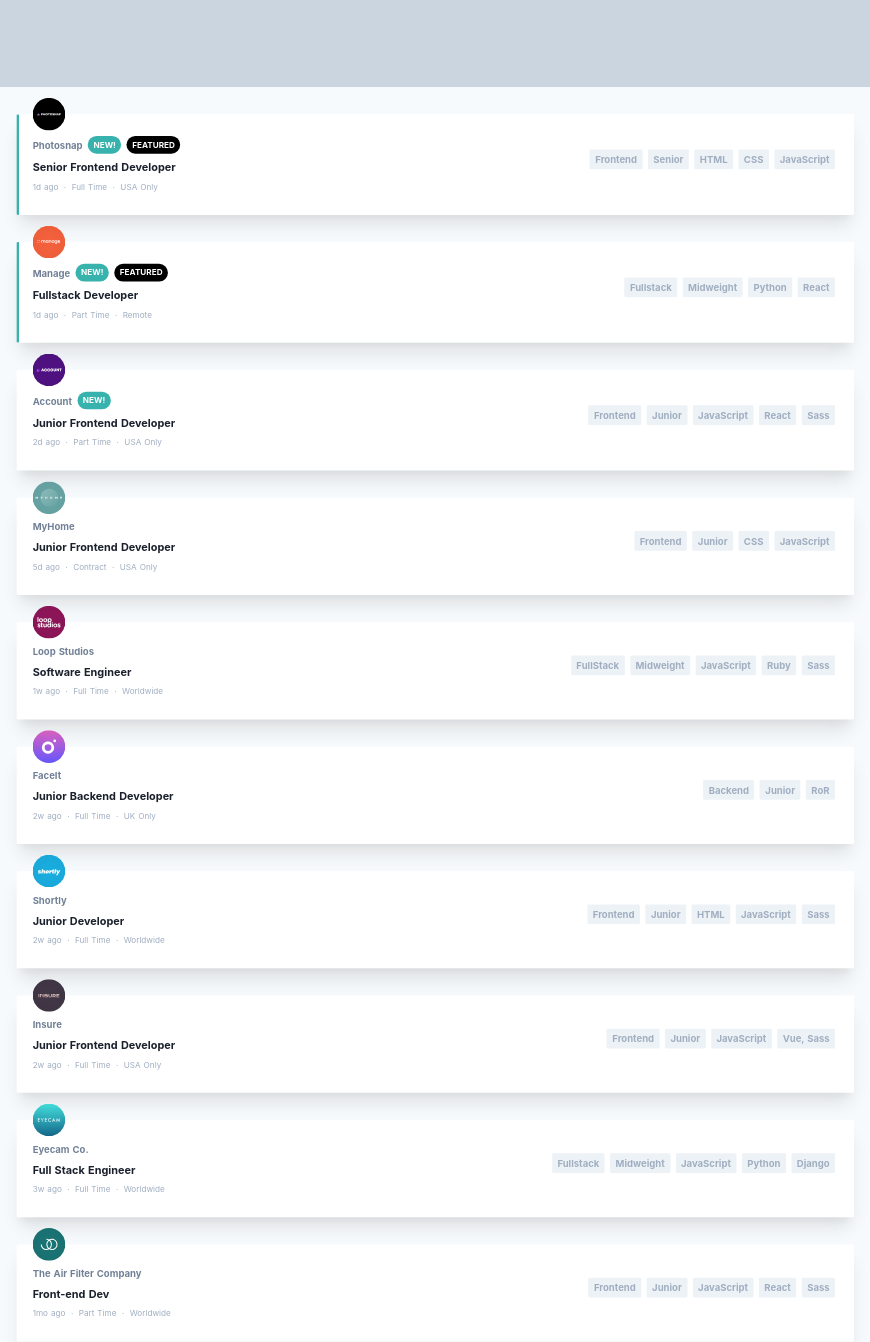
Repository: asongdon/frontendmentor-joblisting
Page: /
These files come from the project's save history. The page is drawn as it stood at one moment and after the next save; the edit follows.
The browser window is 1280 px wide. The pictures show the whole page, at 68% of full size.
The project was rebuilt for these pictures with package versions that can differ from the ones it lists, and the page was loaded fresh each time. The framework's server and built-in components were replaced by stand-ins that run in the browser. Also part of the build but not shown: nuxt.config.js.

Above is the page before, as saved 2020-04-12 22:31:15.

### layouts/default.vue
<template>
  <div class="h-screen">
    <Header/>
    <nuxt />
  </div>
</template>

<script>
import Header from '@/components/Header.vue'

export default {
  components: {
    Header
  },
}
</script>

<style>
html {
  font-family: 'Inter', -apple-system, BlinkMacSystemFont, 'Segoe UI',
    Roboto, 'Helvetica Neue', Arial, sans-serif;
  font-size: 16px;
  word-spacing: 1px;
  -ms-text-size-adjust: 100%;
  -webkit-text-size-adjust: 100%;
  -moz-osx-font-smoothing: grayscale;
  -webkit-font-smoothing: antialiased;
  box-sizing: border-box;
  @apply bg-gray-100;
}

*,
*:before,
*:after {
  box-sizing: border-box;
  margin: 0;
}

.button--green {
  display: inline-block;
  border-radius: 4px;
  border: 1px solid #3b8070;
  color: #3b8070;
  text-decoration: none;
  padding: 10px 30px;
}

.button--green:hover {
  color: #fff;
  background-color: #3b8070;
}

.button--grey {
  display: inline-block;
  border-radius: 4px;
  border: 1px solid #35495e;
  color: #35495e;
  text-decoration: none;
  padding: 10px 30px;
  margin-left: 15px;
}

.button--grey:hover {
  color: #fff;
  background-color: #35495e;
}
</style>

### pages/index.vue
<template>
  <div class="mt-10">
    <div class="container mx-auto px-6" v-for="item in data" :key="item.id">
      <Maincard
        :logo="item.logo"
        :company="item.company"
        :newStatus="item.new"
        :featured="item.featured"
        :position="item.position"
        :postedAt="item.postedAt"
        :contract="item.contract"
        :location="item.location"
        :languages="item.languages"
        :tools="item.tools"
        :level="item.level"
        :role="item.role"
      />
    </div>
  </div>
</template>

<script>
import Maincard from '@/components/Maincard'
import data from '@/static/data/data.json'

export default {
  components: {
    Maincard
  },
  data() {
    return {
      data
    }
  }
}
</script>

<style>
/* Sample `apply` at-rules with Tailwind CSS
.container {
  @apply min-h-screen flex justify-center items-center text-center mx-auto;
}
*/
</style>

### components/Header.vue
<template>
  <div class="w-full h-32 bg-gray-400"></div>
</template>

<script>
export default {}
</script>

<style></style>

### components/Maincard.vue
<template>
  <div
    class="flex flex-col lg:flex-row lg:justify-between flex-no-wrap rounded-sm px-5 bg-white shadow-xl py-4 mb-10 border-l-4 border-white"
    :class="{ 'border-l-4': featured, 'border-teal-500': featured }"
  >
    <!-- Info -->
    <div>
      <div class="-mt-10 mb-2">
        <img class="w-12" :src="'/logos/' + logo" alt="" />
      </div>

      <div class="flex items-center">
        <div class="text-sm font-bold text-gray-600">{{ company }}</div>
        <div class="flex text-xs font-bold">
          <div
            v-if="newStatus"
            class=" bg-teal-500 text-white rounded-full px-2 py-1 uppercase ml-2"
          >
            New!
          </div>
          <div
            v-if="featured"
            class="bg-black text-white rounded-full px-2 py-1 uppercase ml-2"
          >
            Featured
          </div>
        </div>
      </div>

      <div class="mt-2 font-bold text-gray-900">
        {{ position }}
      </div>

      <div
        class="flex text-xs mt-2 mb-4 text-gray-500 border-b border-gray-200 pb-4 lg:border-0 lg:mb-0"
      >
        <div class="mr-2">{{ postedAt }}</div>
        <div class="mr-2">·</div>
        <div class="mr-2">{{ contract }}</div>
        <div class="mr-2">·</div>
        <div>{{ location }}</div>
      </div>
    </div>
    <!-- End Info -->

    <!-- Tags -->
    <div class="flex flex-wrap justify-start lg:justify-end lg:items-center">
      <div
        class="px-2 py-1 bg-gray-200 text-gray-500 rounded-sm font-bold mr-2 mb-4 text-sm"
      >
        {{ role }}
      </div>
      <div
        class="px-2 py-1 bg-gray-200 text-gray-500 rounded-sm font-bold mr-2 mb-4 text-sm"
      >
        {{ level }}
      </div>
      <div
        v-for="tag in languages"
        :key="tag.id"
        class="px-2 py-1 bg-gray-200 text-gray-500 rounded-sm font-bold mr-2 mb-4 text-sm"
      >
        {{ tag }}
      </div>
      <div
        v-for="tool in tools"
        :key="tool.id"
        class="px-2 py-1 bg-gray-200 text-gray-500 rounded-sm font-bold mr-2 mb-4 text-sm"
      >
        {{ tool }}
      </div>
    </div>
    <!-- End Tags -->

  </div>
</template>

<script>
export default {
  props: {
    logo: String,
    company: String,
    newStatus: Boolean,
    featured: Boolean,
    position: String,
    postedAt: String,
    contract: String,
    location: String,
    languages: Array,
    tools: Array,
    level: String,
    role: String
  }
}
</script>

<style></style>

### static/data/data.json
[
  {
    "id": 1,
    "company": "Photosnap",
    "logo": "photosnap.svg",
    "new": true,
    "featured": true,
    "position": "Senior Frontend Developer",
    "role": "Frontend",
    "level": "Senior",
    "postedAt": "1d ago",
    "contract": "Full Time",
    "location": "USA Only",
    "languages": ["HTML", "CSS", "JavaScript"]
  },
  {
    "id": 2,
    "company": "Manage",
    "logo": "manage.svg",
    "new": true,
    "featured": true,
    "position": "Fullstack Developer",
    "role": "Fullstack",
    "level": "Midweight",
    "postedAt": "1d ago",
    "contract": "Part Time",
    "location": "Remote",
    "languages": ["Python"],
    "tools": ["React"]
  },
  {
    "id": 3,
    "company": "Account",
    "logo": "account.svg",
    "new": true,
    "featured": false,
    "position": "Junior Frontend Developer",
    "role": "Frontend",
    "level": "Junior",
    "postedAt": "2d ago",
    "contract": "Part Time",
    "location": "USA Only",
    "languages": ["JavaScript"],
    "tools": ["React", "Sass"]
  },
  {
    "id": 4,
    "company": "MyHome",
    "logo": "myhome.svg",
    "new": false,
    "featured": false,
    "position": "Junior Frontend Developer",
    "role": "Frontend",
    "level": "Junior",
    "postedAt": "5d ago",
    "contract": "Contract",
    "location": "USA Only",
    "languages": ["CSS", "JavaScript"]
  },
  {
    "id": 5,
    "company": "Loop Studios",
    "logo": "loop-studios.svg",
    "new": false,
    "featured": false,
    "position": "Software Engineer",
    "role": "FullStack",
    "level": "Midweight",
    "postedAt": "1w ago",
    "contract": "Full Time",
    "location": "Worldwide",
    "languages": ["JavaScript"],
    "tools": ["Ruby", "Sass"]
  },
  {
    "id": 6,
    "company": "FaceIt",
    "logo": "faceit.svg",
    "new": false,
    "featured": false,
    "position": "Junior Backend Developer",
    "role": "Backend",
    "level": "Junior",
    "postedAt": "2w ago",
    "contract": "Full Time",
    "location": "UK Only",
    "tools": ["RoR"]
  },
  {
    "id": 7,
    "company": "Shortly",
    "logo": "shortly.svg",
    "new": false,
    "featured": false,
    "position": "Junior Developer",
    "role": "Frontend",
    "level": "Junior",
    "postedAt": "2w ago",
    "contract": "Full Time",
    "location": "Worldwide",
    "languages": ["HTML", "JavaScript"],
    "tools": ["Sass"]
  },
  {
    "id": 8,
    "company": "Insure",
    "logo": "insure.svg",
    "new": false,
    "featured": false,
    "position": "Junior Frontend Developer",
    "role": "Frontend",
    "level": "Junior",
    "postedAt": "2w ago",
    "contract": "Full Time",
    "location": "USA Only",
    "languages": ["JavaScript"],
    "tools": ["Vue, Sass"]
  },
  {
    "id": 9,
    "company": "Eyecam Co.",
    "logo": "eyecam-co.svg",
    "new": false,
    "featured": false,
    "position": "Full Stack Engineer",
    "role": "Fullstack",
    "level": "Midweight",
    "postedAt": "3w ago",
    "contract": "Full Time",
    "location": "Worldwide",
    "languages": ["JavaScript", "Python"],
    "tools": ["Django"]
  },
  {
    "id": 10,
    "company": "The Air Filter Company",
    "logo": "the-air-filter-company.svg",
    "new": false,
    "featured": false,
    "position": "Front-end Dev",
    "role": "Frontend",
    "level": "Junior",
    "postedAt": "1mo ago",
    "contract": "Part Time",
    "location": "Worldwide",
    "languages": ["JavaScript"],
    "tools": ["React", "Sass"]
  }
]

Loaded but not shown: assets/css/tailwind.css (common file); tailwind.config.js (common file); store/filter.js (no copy from this time; the picture is the same without it); store/index.js (no copy from this time; the picture is the same without it)

After the next save:
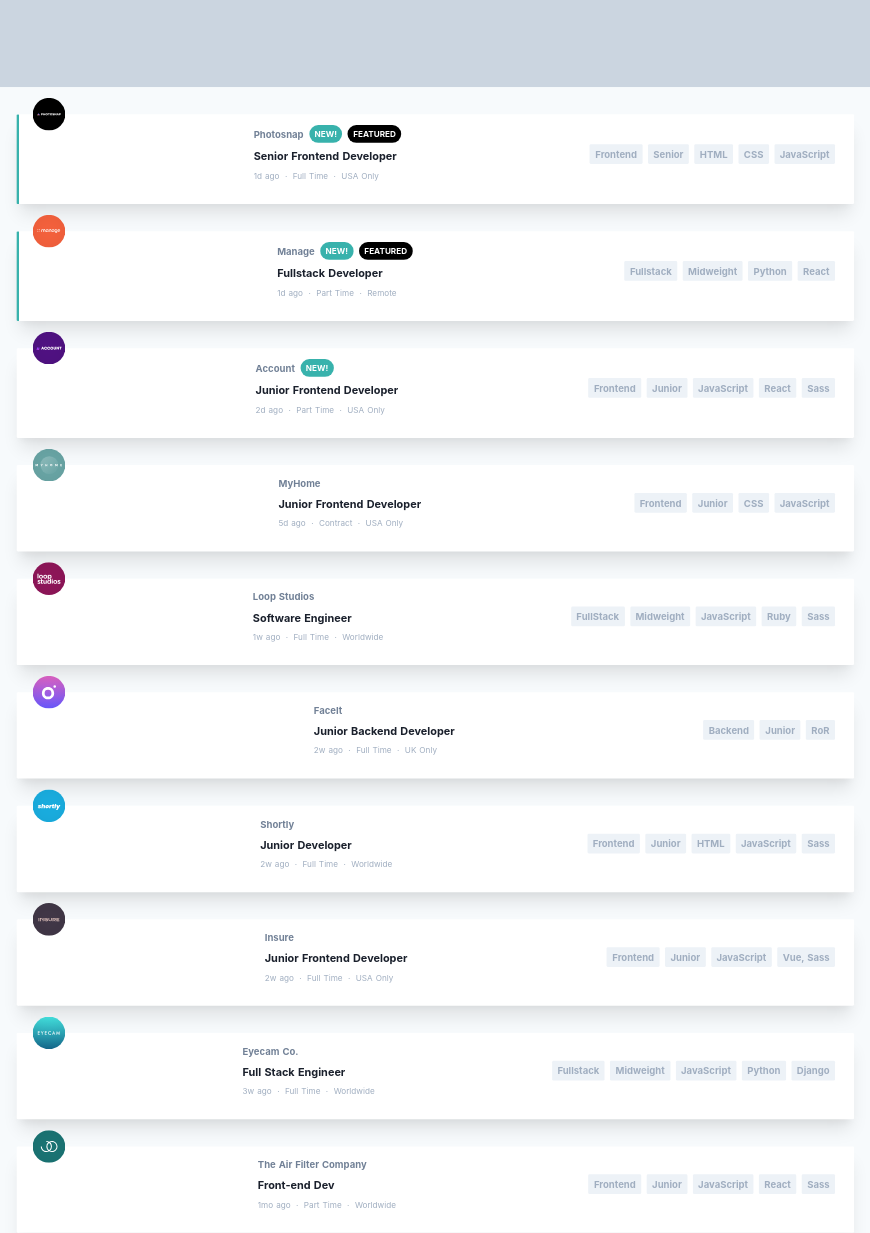
Saved 78 s later.
--- a/components/Maincard.vue
+++ b/components/Maincard.vue
@@ -3,12 +3,14 @@
     class="flex flex-col lg:flex-row lg:justify-between flex-no-wrap rounded-sm px-5 bg-white shadow-xl py-4 mb-10 border-l-4 border-white"
     :class="{ 'border-l-4': featured, 'border-teal-500': featured }"
   >
+    <!-- Logo -->
+    <div class="-mt-10 mb-2">
+      <img class="w-12" :src="'/logos/' + logo" alt="" />
+    </div>
+    <!-- End Logo -->
+
     <!-- Info -->
     <div>
-      <div class="-mt-10 mb-2">
-        <img class="w-12" :src="'/logos/' + logo" alt="" />
-      </div>
-
       <div class="flex items-center">
         <div class="text-sm font-bold text-gray-600">{{ company }}</div>
         <div class="flex text-xs font-bold">
@@ -71,7 +73,6 @@
       </div>
     </div>
     <!-- End Tags -->
-
   </div>
 </template>
 
